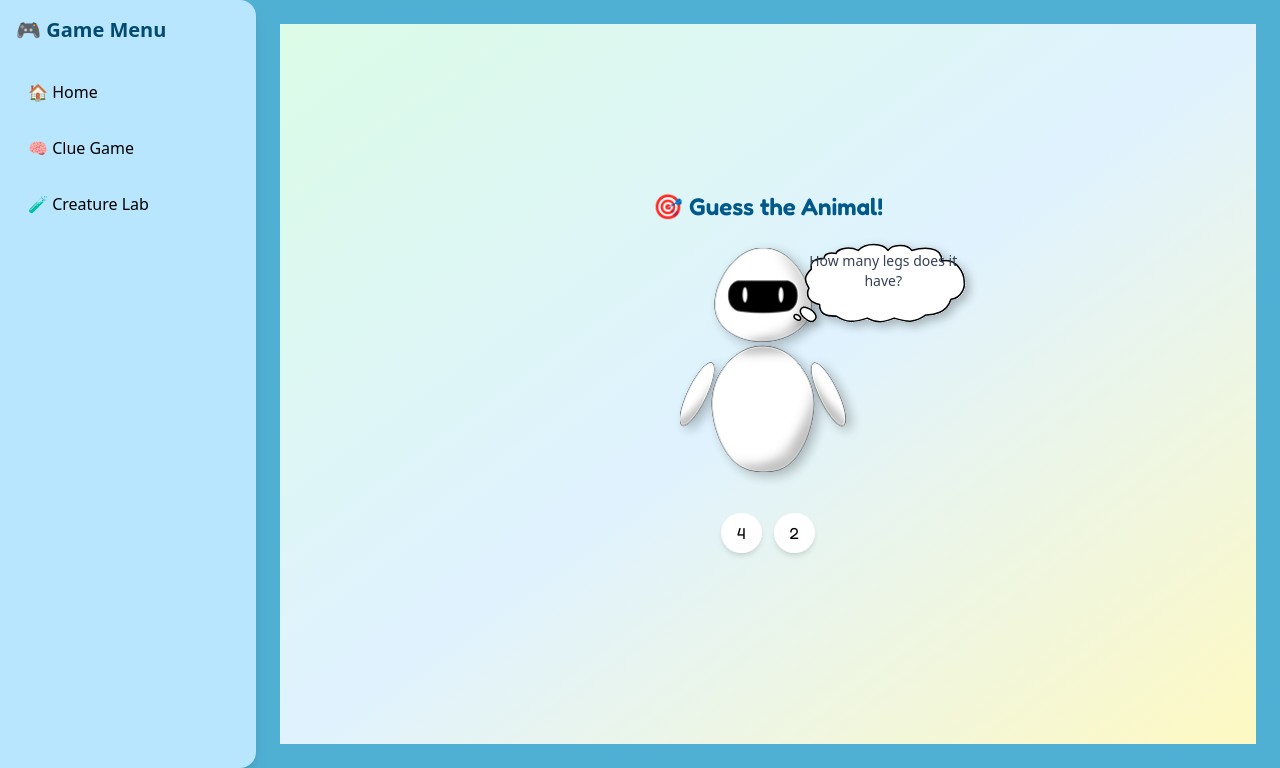
Repository: BN2323/TosAI
Page: /clue-game (app in client/)
The author's editor kept a copy of each file at every save. The page is drawn from the files as they stood at one save, then again after a run of saves.
The browser window is 1280 px wide. The pictures show the whole page.
The project was rebuilt for these pictures with package versions that can differ from the ones it lists, and the page was loaded fresh each time. Also part of the build but not shown: client/vite.config.js, client/src/components/NavButton.jsx, client/src/pages/Home.jsx, client/src/pages/CreatureLab.jsx.

Above is the page before, as saved 2025-07-06 23:15:01.

After the next 2 saves:
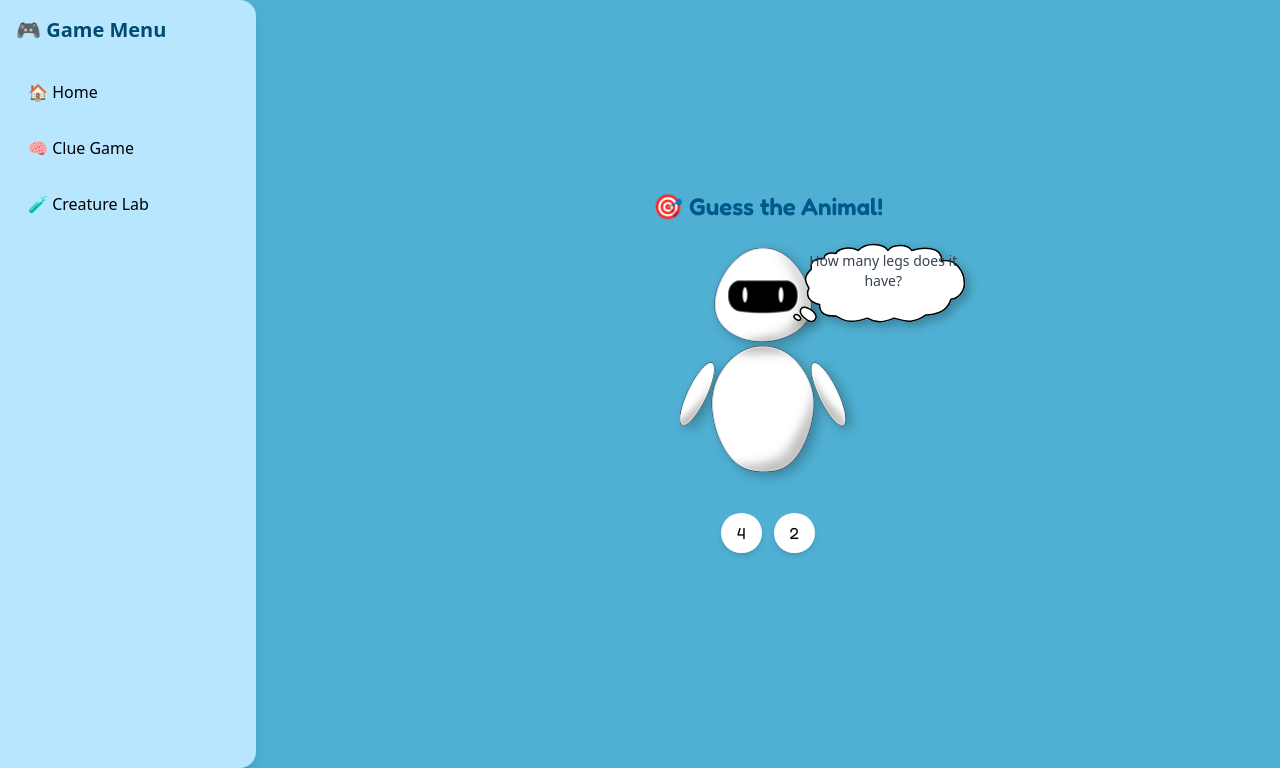
The 2 saves are shown as one change because they came seconds apart.
The last was saved 26 s later.
--- a/client/src/pages/ClueGame.jsx
+++ b/client/src/pages/ClueGame.jsx
@@ -121,7 +121,7 @@ export default function ClueGame() {
   }, [options, gameOver]);
 
   return (
-    <div className="min-h-screen w-full flex flex-col items-center justify-center bg-gradient-to-br from-green-100 via-sky-100 to-yellow-100 px-4 py-6">
+    <div className="min-h-screen w-full flex flex-col items-center justify-center px-4 py-6">
       {/* Game Title */}
       <h1 style={{ fontFamily: "Fredoka, sans-serif" }} className="text-2xl text-sky-800 font-semibold mb-4">
         🎯 Guess the Animal!
